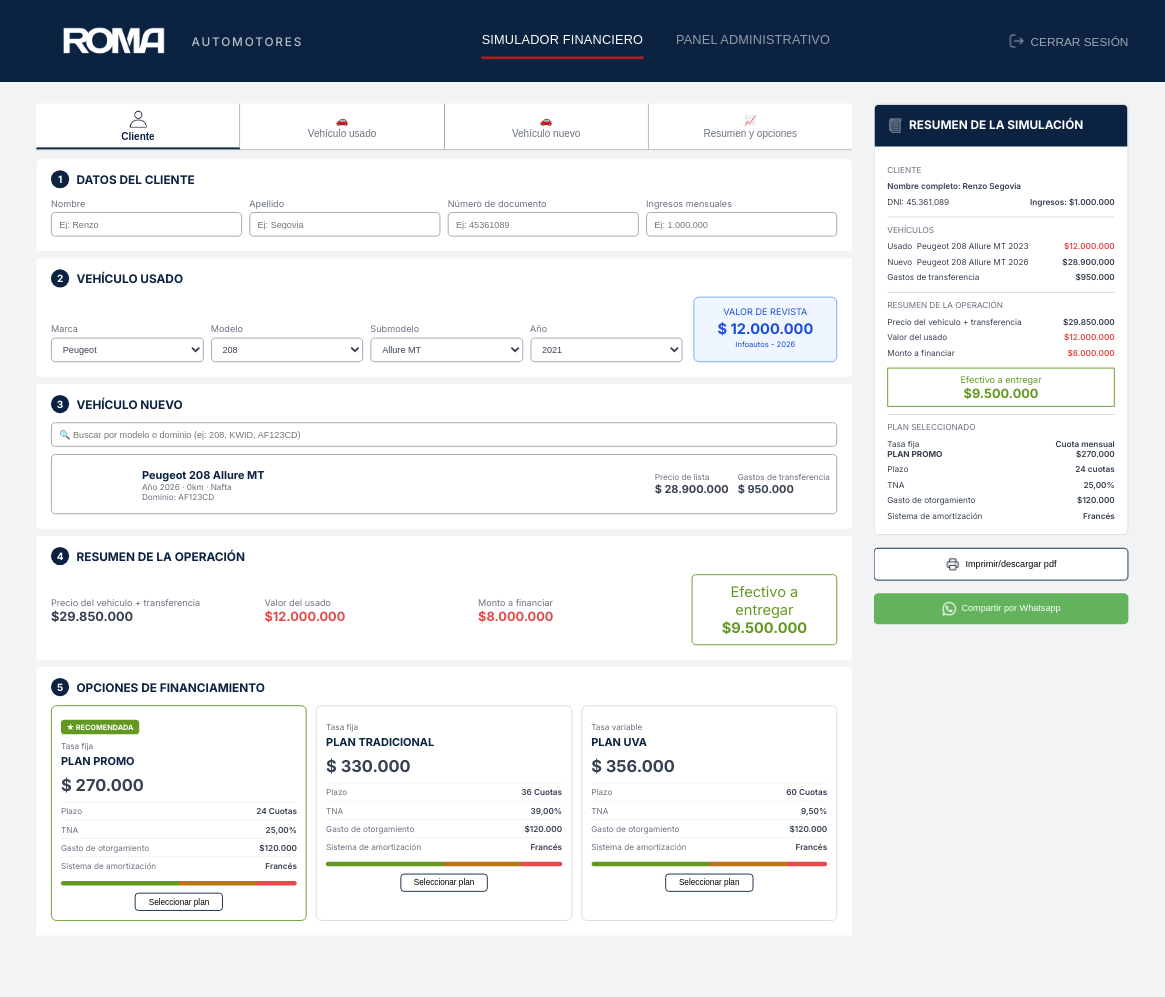
Repository: PPIII-9-012/Roma-System
Page: public/index.html
These files come from the project's save history. The page is drawn as it stood at one moment and after the next save; the edit follows.
The browser window is 1280 px wide. The pictures show the whole page, at 91% of full size.

Above is the page before, as saved 2026-08-22 16:38:38.

After the next save:
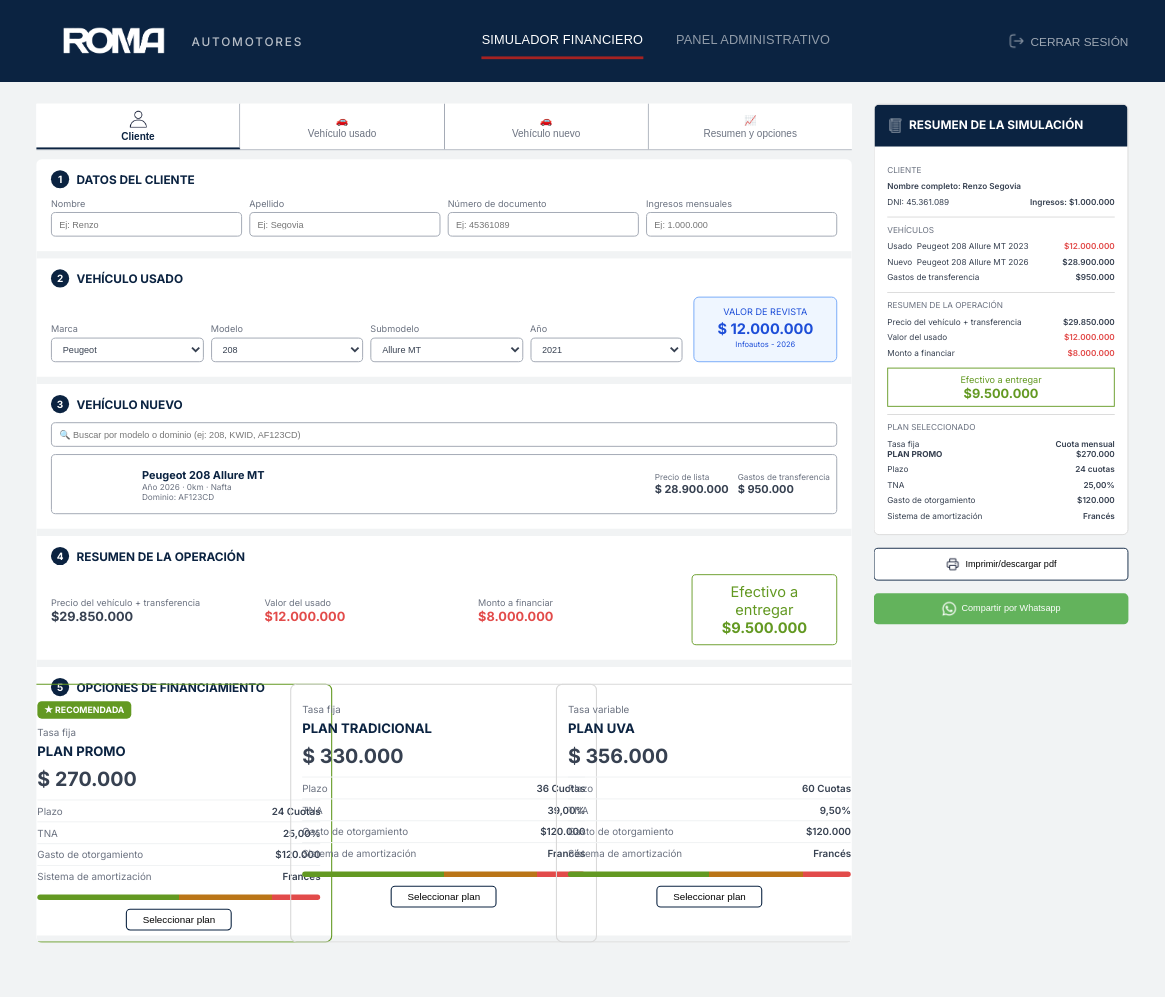
Saved 66 s later.
--- a/public/index.html
+++ b/public/index.html
@@ -253,6 +253,9 @@
             width: auto;
             height: 20px;
             display: block;
+        }
+        .plan-card {
+            transform: scale(1.2);
         }
         @media (max-width: 900px) {
             .navbar {

After the save that followed:
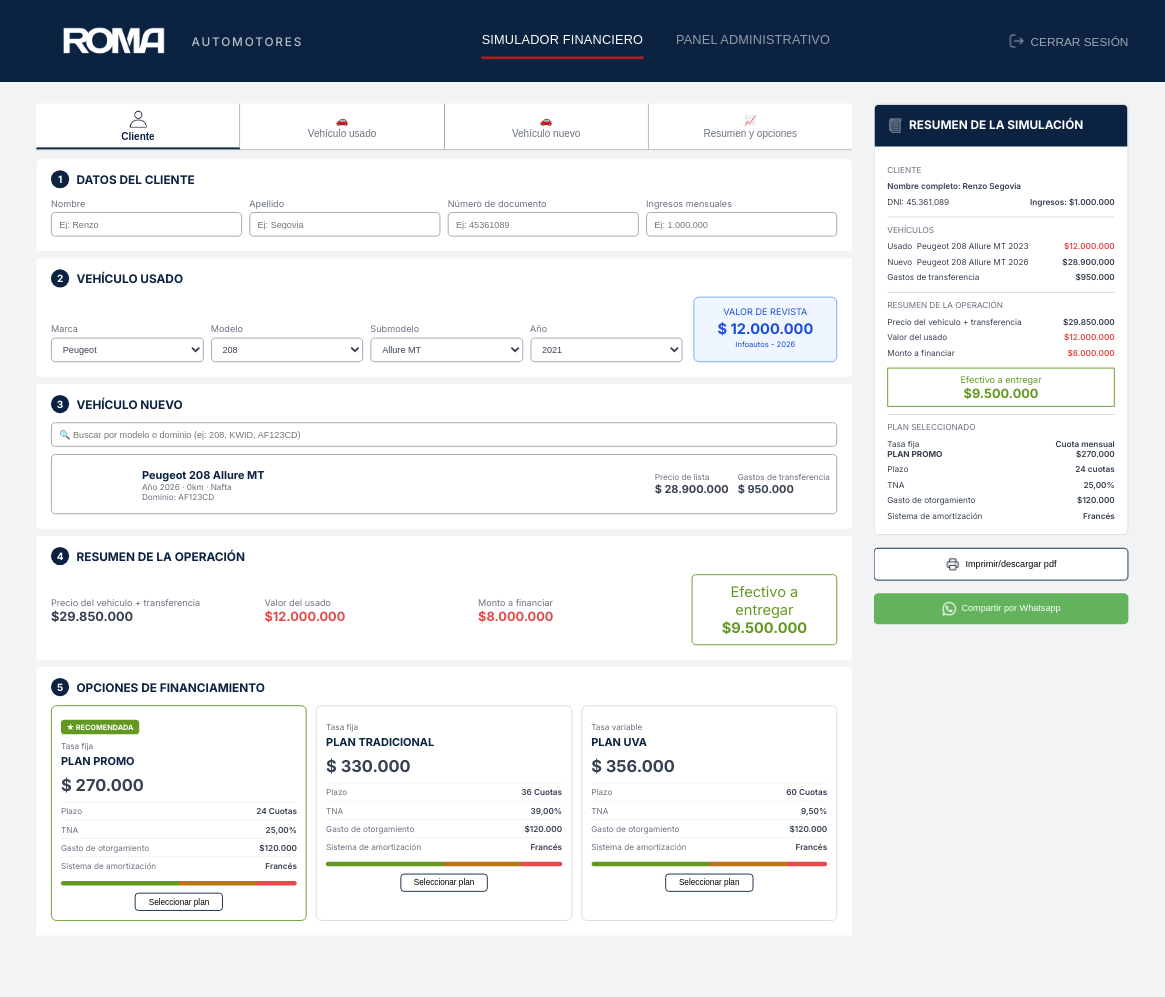
Saved 12 s later.
--- a/public/index.html
+++ b/public/index.html
@@ -254,7 +254,7 @@
             height: 20px;
             display: block;
         }
-        .plan-card {
+        .plan-card: hover {
             transform: scale(1.2);
         }
         @media (max-width: 900px) {
